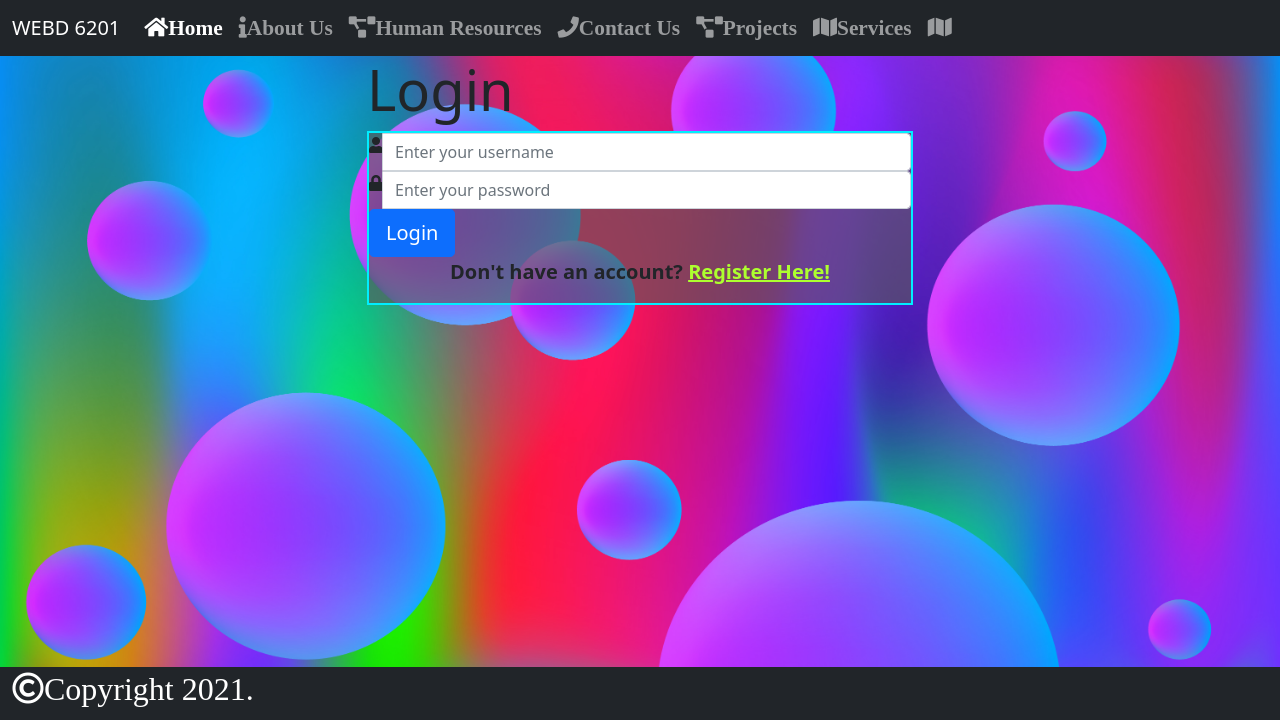
Repository: vans12345678/WEBD6201-W2021-Lab2
Page: login.html
An editor plug-in stored every save of this project. The page is shown before and after the next save, followed by the edit.
The browser window is 1280 px wide. The pictures show the whole page.

Above is the page before, as saved 2021-02-24 17:20:39.

After the next save:
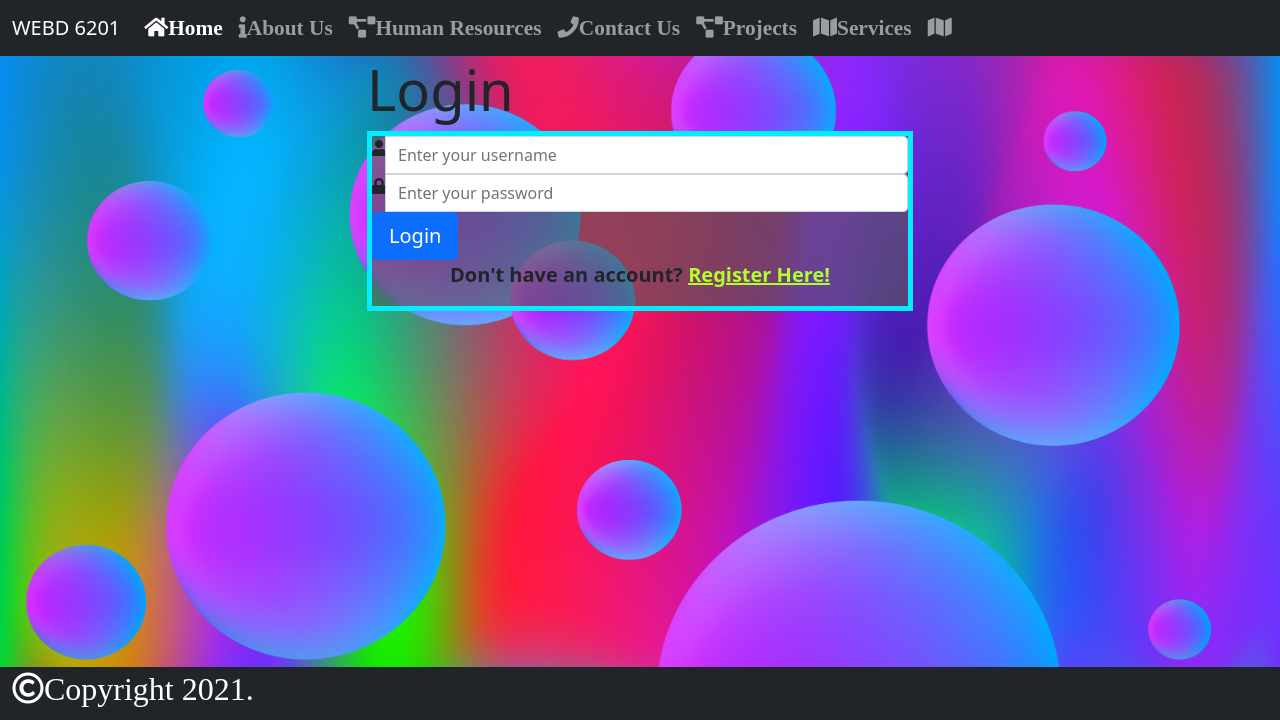
Saved 6 s later.
--- a/Content/app.css
+++ b/Content/app.css
@@ -52,5 +52,5 @@
   .fromBackground
   {
     background-color: #5a5a5aa1;
-    border: 2px solid rgb(0, 238, 255);
+    border: 5px solid rgb(0, 238, 255);
   }
